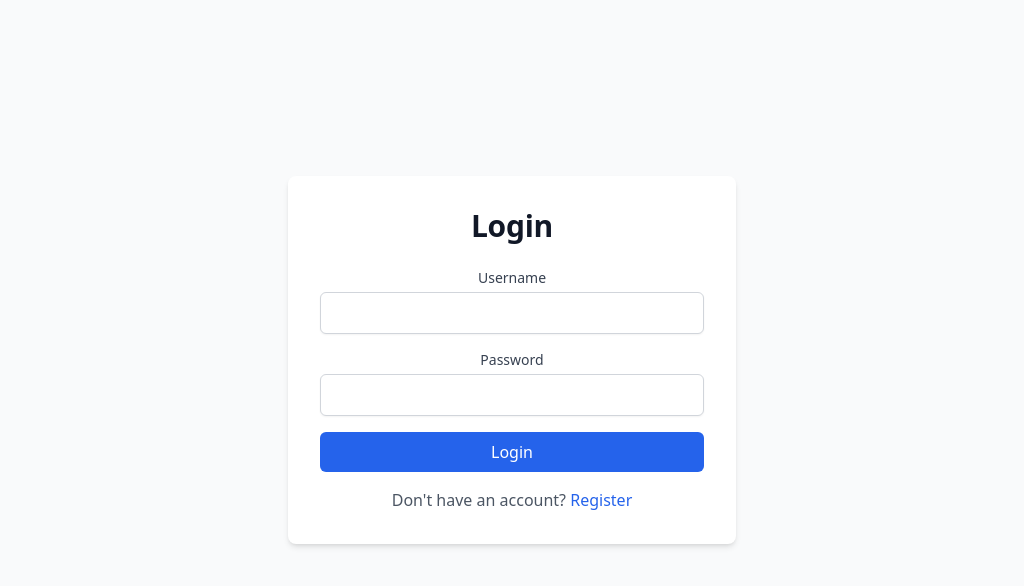
Repository: Matsikembareb/to-do-app
Page: / (app in frontend/)
An editor plug-in stored every save of this project. The page is shown before and after a run of saves, followed by the edit.
The browser window is 1024 px wide. The pictures show the whole page.
The project was rebuilt for these pictures with package versions that can differ from the ones it lists, and the page was loaded fresh each time. Also part of the build but not shown: frontend/vite.config.ts, frontend/src/components/LoadingSpinner.tsx, frontend/src/pages/Register.tsx, frontend/src/pages/Dashboard.tsx.

Above is the page before, as saved 2026-05-12 13:42:35.

### frontend/index.html
<!doctype html>
<html lang="en">
  <head>
    <meta charset="UTF-8" />
    <link rel="icon" type="image/svg+xml" href="/favicon.svg" />
    <meta name="viewport" content="width=device-width, initial-scale=1.0" />
    <title>frontend</title>
  </head>
  <body>
    <div id="root"></div>
    <script type="module" src="/src/main.tsx"></script>
  </body>
</html>

### frontend/src/index.css
@tailwind base;
@tailwind components;
@tailwind utilities;

* {
  margin: 0;
  padding: 0;
  box-sizing: border-box;
}

html, body, #root {
  height: 100%;
  width: 100%;
}

#root {
  width: 1126px;
  max-width: 100%;
  margin: 0 auto;
  text-align: center;
  border-inline: 1px solid var(--border);
  min-height: 100svh;
  display: flex;
  flex-direction: column;
  box-sizing: border-box;
}

body {
  margin: 0;
}

h1,
h2 {
  font-family: var(--heading);
  font-weight: 500;
  color: var(--text-h);
}

h1 {
  font-size: 56px;
  letter-spacing: -1.68px;
  margin: 32px 0;
  @media (max-width: 1024px) {
    font-size: 36px;
    margin: 20px 0;
  }
}
h2 {
  font-size: 24px;
  line-height: 118%;
  letter-spacing: -0.24px;
  margin: 0 0 8px;
  @media (max-width: 1024px) {
    font-size: 20px;
  }
}
p {
  margin: 0;
}

code,
.counter {
  font-family: var(--mono);
  display: inline-flex;
  border-radius: 4px;
  color: var(--text-h);
}

code {
  font-size: 15px;
  line-height: 135%;
  padding: 4px 8px;
  background: var(--code-bg);
}

### frontend/src/App.tsx
import { BrowserRouter as Router, Routes, Route, Navigate } from 'react-router-dom';
import { AuthProvider } from './context/AuthContext';
import { ProtectedRoute } from './components/ProtectedRoute';
import { Login } from './pages/Login';
import { Register } from './pages/Register';
import { Dashboard } from './pages/Dashboard';

function App() {
  return (
    <Router>
      <AuthProvider>
        <Routes>
          <Route path="/login" element={<Login />} />
          <Route path="/register" element={<Register />} />
          <Route
            path="/dashboard"
            element={
              <ProtectedRoute>
                <Dashboard />
              </ProtectedRoute>
            }
          />
          <Route path="/" element={<Navigate to="/dashboard" replace />} />
          <Route path="*" element={<Navigate to="/dashboard" replace />} />
        </Routes>
      </AuthProvider>
    </Router>
  );
}

export default App;

### frontend/src/context/AuthContext.tsx
import React, { createContext, useContext, useState, useEffect } from 'react';
import { User, AuthContextType, AuthResponse } from '../types';
import { authService } from '../services/api';

const AuthContext = createContext<AuthContextType | undefined>(undefined);

interface AuthProviderProps {
  children: React.ReactNode;
}

export const AuthProvider: React.FC<AuthProviderProps> = ({ children }) => {
  const [user, setUser] = useState<User | null>(null);
  const [isLoading, setIsLoading] = useState(false);
  const [error, setError] = useState<string | null>(null);

  // Check if user is already logged in (from localStorage) on mount
  useEffect(() => {
    const token = localStorage.getItem('token');
    const storedUser = localStorage.getItem('user');
    if (token && storedUser) {
      try {
        setUser(JSON.parse(storedUser));
      } catch (err) {
        localStorage.removeItem('token');
        localStorage.removeItem('user');
      }
    }
  }, []);

  const register = async (username: string, email: string, password: string): Promise<void> => {
    setIsLoading(true);
    setError(null);
    try {
      const response: AuthResponse = await authService.register(username, email, password);
      localStorage.setItem('token', response.access_token);
      localStorage.setItem('user', JSON.stringify(response.user));
      setUser(response.user);
    } catch (err) {
      const message = err instanceof Error ? err.message : 'Registration failed';
      setError(message);
      throw err;
    } finally {
      setIsLoading(false);
    }
  };

  const login = async (username: string, password: string): Promise<void> => {
    setIsLoading(true);
    setError(null);
    try {
      const response: AuthResponse = await authService.login(username, password);
      localStorage.setItem('token', response.access_token);
      localStorage.setItem('user', JSON.stringify(response.user));
      setUser(response.user);
    } catch (err) {
      const message = err instanceof Error ? err.message : 'Login failed';
      setError(message);
      throw err;
    } finally {
      setIsLoading(false);
    }
  };

  const logout = (): void => {
    localStorage.removeItem('token');
    localStorage.removeItem('user');
    setUser(null);
    setError(null);
  };

  const value: AuthContextType = {
    user,
    isLoading,
    error,
    register,
    login,
    logout,
    isAuthenticated: !!user,
  };

  return <AuthContext.Provider value={value}>{children}</AuthContext.Provider>;
};

// Custom hook to use auth context
export const useAuth = (): AuthContextType => {
  const context = useContext(AuthContext);
  if (context === undefined) {
    throw new Error('useAuth must be used within an AuthProvider');
  }
  return context;
};

### frontend/src/components/ProtectedRoute.tsx
import React from 'react';
import { Navigate } from 'react-router-dom';
import { useAuth } from '../context/AuthContext';

interface ProtectedRouteProps {
  children: React.ReactNode;
}

export const ProtectedRoute: React.FC<ProtectedRouteProps> = ({ children }) => {
  const { isAuthenticated } = useAuth();

  if (!isAuthenticated) {
    return <Navigate to="/login" replace />;
  }

  return <>{children}</>;
};

### frontend/src/pages/Login.tsx
import React, { useState } from 'react';
import { useNavigate } from 'react-router-dom';
import { useAuth } from '../context/AuthContext';
import { LoadingSpinner } from '../components/LoadingSpinner';

export const Login: React.FC = () => {
  const [username, setUsername] = useState('');
  const [password, setPassword] = useState('');
  const [error, setError] = useState<string | null>(null);
  const { login, isLoading } = useAuth();
  const navigate = useNavigate();

  const handleSubmit = async (e: React.FormEvent): Promise<void> => {
    e.preventDefault();
    setError(null);

    if (!username || !password) {
      setError('Username and password are required');
      return;
    }

    try {
      await login(username, password);
      navigate('/dashboard');
    } catch (err) {
      setError(err instanceof Error ? err.message : 'Invalid credentials');
    }
  };

  return (
    <div className="min-h-screen flex items-center justify-center bg-gray-50 py-12 px-4 sm:px-6 lg:px-8">
      <div className="max-w-md w-full bg-white rounded-lg shadow-md p-8">
        <h2 className="text-3xl font-bold text-center text-gray-900 mb-6">Login</h2>

        {error && (
          <div className="mb-4 p-3 bg-red-50 border border-red-200 text-red-700 rounded">
            {error}
          </div>
        )}

        <form onSubmit={handleSubmit} className="space-y-4">
          <div>
            <label htmlFor="username" className="block text-sm font-medium text-gray-700">
              Username
            </label>
            <input
              id="username"
              type="text"
              value={username}
              onChange={(e) => setUsername(e.target.value)}
              className="mt-1 w-full px-3 py-2 border border-gray-300 rounded-md shadow-sm focus:outline-none focus:ring-blue-500 focus:border-blue-500"
              disabled={isLoading}
            />
          </div>

          <div>
            <label htmlFor="password" className="block text-sm font-medium text-gray-700">
              Password
            </label>
            <input
              id="password"
              type="password"
              value={password}
              onChange={(e) => setPassword(e.target.value)}
              className="mt-1 w-full px-3 py-2 border border-gray-300 rounded-md shadow-sm focus:outline-none focus:ring-blue-500 focus:border-blue-500"
              disabled={isLoading}
            />
          </div>

          <button
            type="submit"
            disabled={isLoading}
            className="w-full bg-blue-600 text-white py-2 px-4 rounded-md font-medium hover:bg-blue-700 disabled:bg-gray-400 transition"
          >
            {isLoading ? <LoadingSpinner /> : 'Login'}
          </button>
        </form>

        <p className="mt-4 text-center text-gray-600">
          Don't have an account?{' '}
          <button
            onClick={() => navigate('/register')}
            className="text-blue-600 hover:text-blue-700 font-medium"
          >
            Register
          </button>
        </p>
      </div>
    </div>
  );
};

### frontend/src/services/api.ts
import { AuthResponse, Todo, CreateTodoRequest, UpdateTodoRequest, ApiError } from '../types';

const API_BASE_URL = 'http://localhost:5000/api';

// Helper to get token from localStorage
function getToken(): string | null {
  return localStorage.getItem('token');
}

// Helper to make fetch requests with error handling
async function fetchApi<T>(
  endpoint: string,
  options: RequestInit = {}
): Promise<T> {
  const url = `${API_BASE_URL}${endpoint}`;
  const headers: HeadersInit = {
    'Content-Type': 'application/json',
    ...options.headers,
  };

  // Add auth token if available
  const token = getToken();
  if (token) {
    headers['Authorization'] = `Bearer ${token}`;
  }

  const response = await fetch(url, {
    ...options,
    headers,
  });

  if (!response.ok) {
    const error: ApiError = await response.json();
    throw new Error(error.message || `HTTP error! status: ${response.status}`);
  }

  return response.json() as Promise<T>;
}

// Auth endpoints
export const authService = {
  register: async (username: string, email: string, password: string): Promise<AuthResponse> => {
    return fetchApi<AuthResponse>('/auth/register', {
      method: 'POST',
      body: JSON.stringify({ username, email, password }),
    });
  },

  login: async (username: string, password: string): Promise<AuthResponse> => {
    return fetchApi<AuthResponse>('/auth/login', {
      method: 'POST',
      body: JSON.stringify({ username, password }),
    });
  },
};

// Todo endpoints
export const todoService = {
  getAllTodos: async (): Promise<{ data: Todo[] }> => {
    return fetchApi<{ data: Todo[] }>('/todos', {
      method: 'GET',
    });
  },

  createTodo: async (data: CreateTodoRequest): Promise<{ data: Todo }> => {
    return fetchApi<{ data: Todo }>('/todos', {
      method: 'POST',
      body: JSON.stringify(data),
    });
  },

  getTodoById: async (id: number): Promise<{ data: Todo }> => {
    return fetchApi<{ data: Todo }>(`/todos/${id}`, {
      method: 'GET',
    });
  },

  updateTodo: async (id: number, data: UpdateTodoRequest): Promise<{ data: Todo }> => {
    return fetchApi<{ data: Todo }>(`/todos/${id}`, {
      method: 'PUT',
      body: JSON.stringify(data),
    });
  },

  deleteTodo: async (id: number): Promise<void> => {
    await fetchApi<void>(`/todos/${id}`, {
      method: 'DELETE',
    });
  },
};

Loaded but not shown: frontend/src/main.tsx (common file); frontend/tailwind.config.js (common file)

After the next 2 saves:
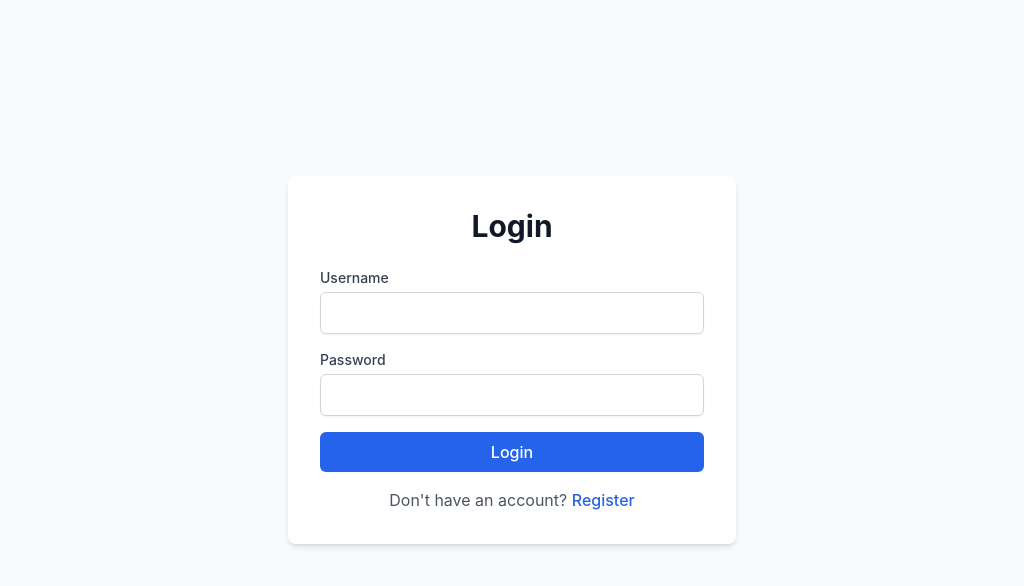
The 2 saves are shown as one change because 1 did not build or start.
The last was saved 4 min 51 s later.
--- a/frontend/src/index.css
+++ b/frontend/src/index.css
@@ -8,62 +8,19 @@
   box-sizing: border-box;
 }
 
-html, body, #root {
+html,
+body,
+#root {
   height: 100%;
   width: 100%;
 }
 
-#root {
-  width: 1126px;
-  max-width: 100%;
-  margin: 0 auto;
-  text-align: center;
-  border-inline: 1px solid var(--border);
-  min-height: 100svh;
-  display: flex;
-  flex-direction: column;
-  box-sizing: border-box;
-}
-
 body {
-  margin: 0;
-}
-
-h1,
-h2 {
-  font-family: var(--heading);
-  font-weight: 500;
-  color: var(--text-h);
-}
-
-h1 {
-  font-size: 56px;
-  letter-spacing: -1.68px;
-  margin: 32px 0;
-  @media (max-width: 1024px) {
-    font-size: 36px;
-    margin: 20px 0;
-  }
-}
-h2 {
-  font-size: 24px;
-  line-height: 118%;
-  letter-spacing: -0.24px;
-  margin: 0 0 8px;
-  @media (max-width: 1024px) {
-    font-size: 20px;
-  }
-}
-p {
-  margin: 0;
-}
-
-code,
-.counter {
-  font-family: var(--mono);
-  display: inline-flex;
-  border-radius: 4px;
-  color: var(--text-h);
+  font-family: -apple-system, BlinkMacSystemFont, 'Segoe UI', 'Roboto', 'Oxygen',
+    'Ubuntu', 'Cantarell', 'Fira Sans', 'Droid Sans', 'Helvetica Neue',
+    sans-serif;
+  -webkit-font-smoothing: antialiased;
+  -moz-osx-font-smoothing: grayscale;
 }
 
 code {
